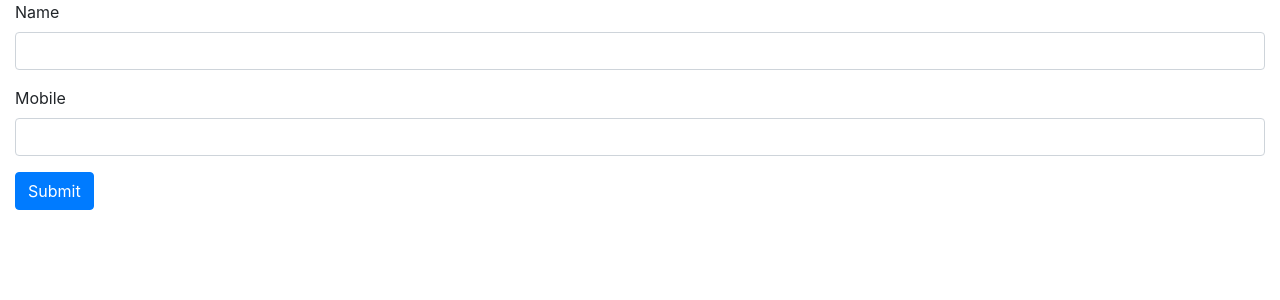
Repository: Pedaxx-IT-solution/E-Waiter-Stuff-
Page: http://localhost/E-Waiter/pages/signup.jsp
An editor plug-in stored every save of this project. The page is shown before and after the next save, followed by the edit.
The browser window is 1280 px wide. The pictures show the whole page.
The page is served by Tomcat 9. Other server files are loaded and not shown.

Above is the page before, as saved 2020-01-23 08:20:37.

### E-Waiter/src/main/webapp/pages/signup.jsp
<%@ page language="java" contentType="text/html; charset=ISO-8859-1"
	pageEncoding="ISO-8859-1"%>
<!DOCTYPE html>
<html>
<head>
<meta charset="ISO-8859-1">
<title>Insert title here</title>
<link rel="stylesheet"
	href="https://stackpath.bootstrapcdn.com/bootstrap/4.4.1/css/bootstrap.min.css"
	integrity="sha384-Vkoo8x4CGsO3+Hhxv8T/Q5PaXtkKtu6ug5TOeNV6gBiFeWPGFN9MuhOf23Q9Ifjh"
	crossorigin="anonymous">



</head>


<body>
	<div class="container-fluid">
		<div class="row">
			<div class="col-3"></div>
			<div class="col-6"></div>

			<form>

				</div>
				<div class="form-group">
					<label for="exampleInputPassword1">Name</label> <input
						type="text" name="cust_name" class="form-control" id="exampleInputPassword1">
				</div>

				<div class="form-group">
					<label for="exampleInputPassword1">Mobile</label> <input
						type="number"  name=cust_mobile class="form-control" id="exampleInputPassword1">
				</div>

				<button type="submit" class="btn btn-primary">Submit</button>
			</form>



		</div>
	</div>



</body>
</html>

After the next save:
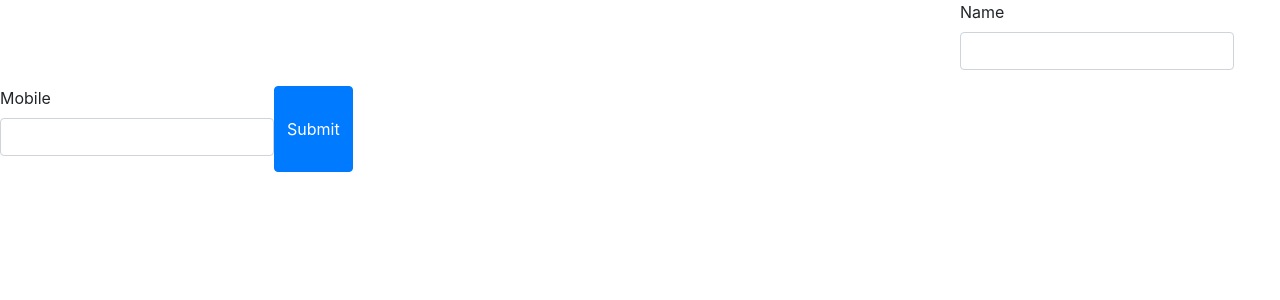
Saved 68 s later.
--- a/E-Waiter/src/main/webapp/pages/signup.jsp
+++ b/E-Waiter/src/main/webapp/pages/signup.jsp
@@ -19,27 +19,35 @@
 	<div class="container-fluid">
 		<div class="row">
 			<div class="col-3"></div>
-			<div class="col-6"></div>
+			<div class="col-6">
+					<form>
+		</div>
+		<div class="form-group">
+			<label for="exampleInputPassword1">Name</label> <input type="text"
+				name="cust_name" class="form-control" id="exampleInputPassword1">
+		</div>
 
-			<form>
+		<div class="form-group">
+			<label for="exampleInputPassword1">Mobile</label> <input
+				type="number" name=cust_mobile class="form-control"
+				id="exampleInputPassword1">
+		</div>
 
-				</div>
-				<div class="form-group">
-					<label for="exampleInputPassword1">Name</label> <input
-						type="text" name="cust_name" class="form-control" id="exampleInputPassword1">
-				</div>
-
-				<div class="form-group">
-					<label for="exampleInputPassword1">Mobile</label> <input
-						type="number"  name=cust_mobile class="form-control" id="exampleInputPassword1">
-				</div>
-
-				<button type="submit" class="btn btn-primary">Submit</button>
-			</form>
+		<button type="submit" class="btn btn-primary">Submit</button>
+		</form>
 
 
 
-		</div>
+
+
+
+			</div>
+
+
+
+
+
+	</div>
 	</div>
 
 
